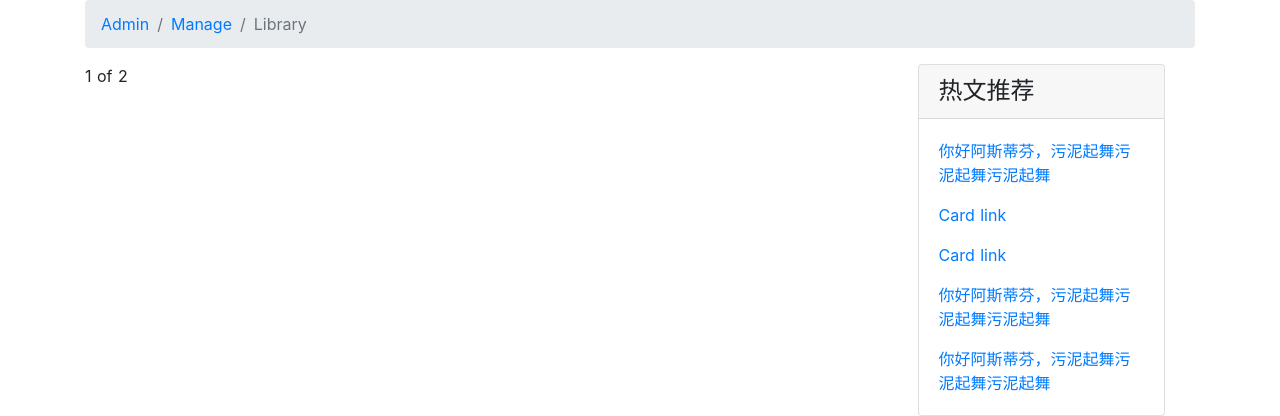
Repository: MTTTM/nuxt-xiaomatata
Page: /
The author's editor kept a copy of each file at every save. The page is drawn from the files as they stood at one save, then again after the next save.
The browser window is 1280 px wide. The pictures show the part of the page from y = 600 to 1399 px (the page is 1016 px tall before and 1399 px after).
Pictures or frames that could not be fetched are drawn as grey boxes. The project was rebuilt for these pictures with package versions that can differ from the ones it lists, and the page was loaded fresh each time. The framework's server and built-in components were replaced by stand-ins that run in the browser. Also part of the build but not shown: nuxt.config.js, components/Logo.vue, components/aboutMe.vue, components/articleListItem.vue, components/bloggerRanking.vue, components/carouselBox.vue, components/classifyList.vue, components/commentBox.vue and 7 more. Imported but missing from the stored project, and not drawn on this page: components/cmSpinner, mixins/scrollLoad.

Above is the page before, as saved 2021-04-10 12:01:57.

After the next save:
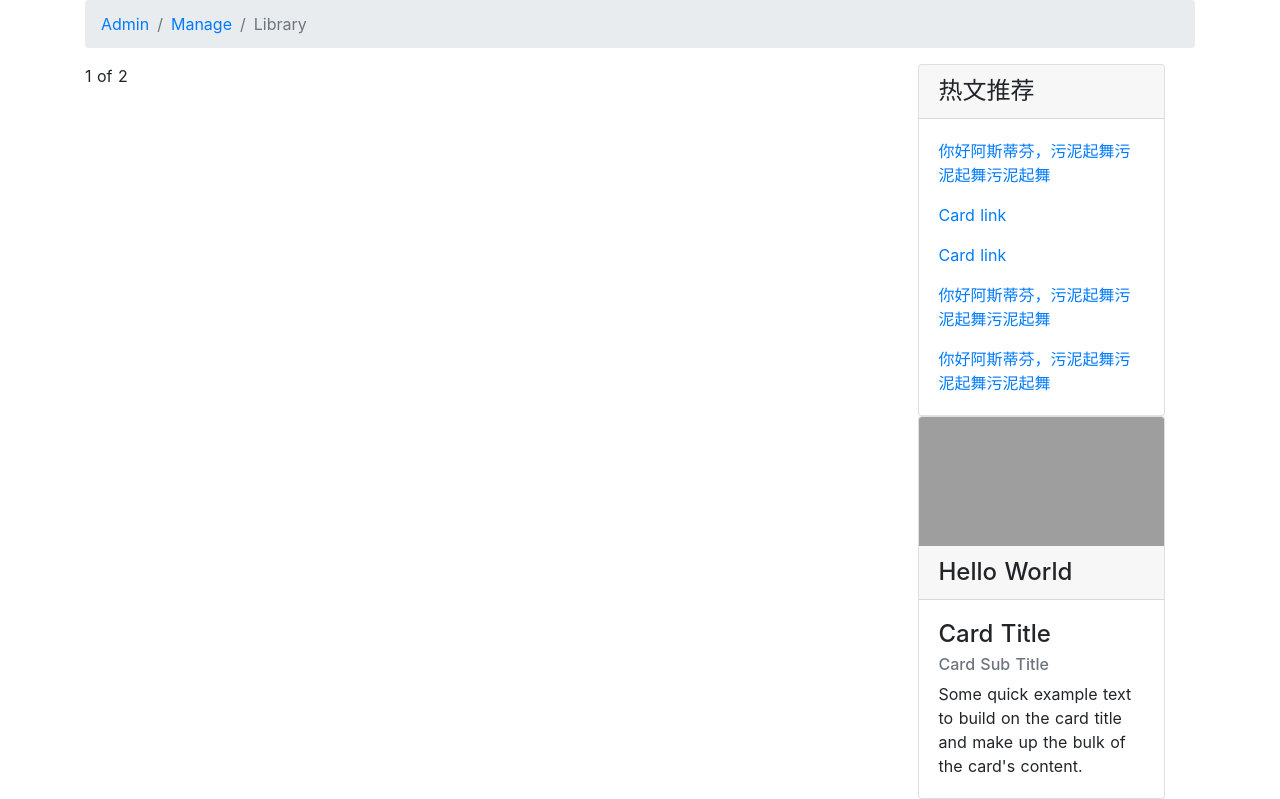
Saved 69 s later.
--- a/pages/index.vue
+++ b/pages/index.vue
@@ -90,6 +90,27 @@
               </b-card-text>
             </b-card-body>
           </b-card>
+
+          <b-card
+            no-body
+            style="max-width: 20rem"
+            img-src="https://placekitten.com/380/200"
+            img-alt="Image"
+            img-top
+          >
+            <template #header>
+              <h4 class="mb-0">Hello World</h4>
+            </template>
+
+            <b-card-body>
+              <b-card-title>Card Title</b-card-title>
+              <b-card-sub-title class="mb-2">Card Sub Title</b-card-sub-title>
+              <b-card-text>
+                Some quick example text to build on the card title and make up
+                the bulk of the card's content.
+              </b-card-text>
+            </b-card-body>
+          </b-card>
         </b-col>
       </b-row>
     </b-container>
